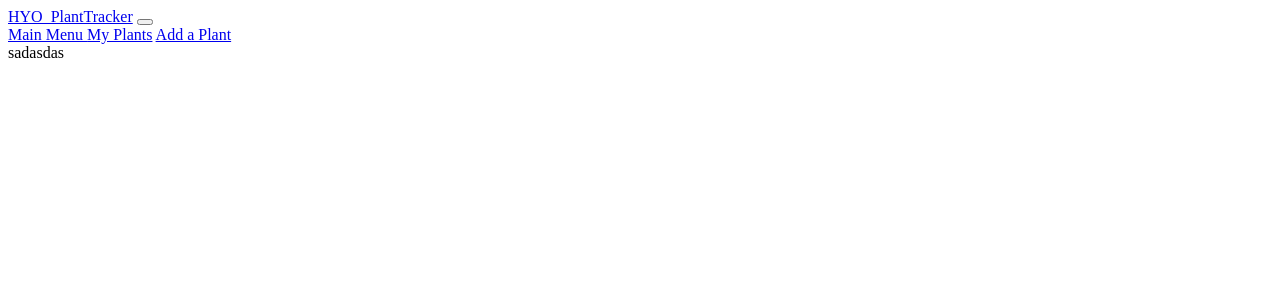
Repository: emersonwilliams/HYO_PlantTracker
Page: capstone_app/plant_tracker/templates/myplants.html
An editor plug-in stored every save of this project. The page is shown before and after a run of saves, followed by the edit.
The browser window is 1280 px wide. The pictures show the whole page.

Above is the page before, as saved 2020-08-01 23:45:14.
Not found: ..static/css/myplants.css

### capstone_app/plant_tracker/templates/myplants.html
<!-- this is the page where you can see all of your plants -->

<!DOCTYPE html>
<html lang="en">
<head>
    <meta charset="UTF-8">
    <title>Title</title>
    <!-- <link rel="stylesheet" href="https://stackpath.bootstrapcdn.com/bootstrap/4.5.0/css/bootstrap.min.css" integrity="sha384-9aIt2nRpC12Uk9gS9baDl411NQApFmC26EwAOH8WgZl5MYYxFfc+NcPb1dKGj7Sk" crossorigin="anonymous">
    <script src="https://code.jquery.com/jquery-3.5.1.slim.min.js" integrity="sha384-DfXdz2htPH0lsSSs5nCTpuj/zy4C+OGpamoFVy38MVBnE+IbbVYUew+OrCXaRkfj" crossorigin="anonymous"></script>
    <script src="https://cdn.jsdelivr.net/npm/popper.js@1.16.0/dist/umd/popper.min.js" integrity="sha384-Q6E9RHvbIyZFJoft+2mJbHaEWldlvI9IOYy5n3zV9zzTtmI3UksdQRVvoxMfooAo" crossorigin="anonymous"></script> -->

</head>

<body>
    <link rel="stylesheet" type = "text/css" href='/..static/css/myplants.css'>

    <nav class="navbar navbar-expand-lg navbar-dark bg-dark">
    <a class="navbar-brand" href="#">HYO_PlantTracker</a>
    <button class="navbar-toggler" type="button" data-toggle="collapse" data-target="#navbarNavAltMarkup" aria-controls="navbarNavAltMarkup" aria-expanded="false" aria-label="Toggle navigation">
      <span class="navbar-toggler-icon"></span>
    </button>
    <div class="collapse navbar-collapse" id="navbarNavAltMarkup">
      <div class="navbar-nav">
        <a class="nav-item nav-link  op1" href="#">Main Menu <span class="sr-only"></span></a>
        <a class="nav-item nav-link op1 " href="#">My Plants</a>
        <a class="nav-item nav-link op1" href="#">Add a Plant</a>
      </div>
    </div>
  </nav>

    <div class="container">
    <!-- Content here -->
    <div>sadasdas</div>

    </div>

</body>

</html>

### capstone_app/plant_tracker/static/css/myplants.css
.nav-item {
    padding-left:3.8em;
    padding-right:3.8em;
  }

 body{
    fill: blue;
    color:'black';
    background-color: black;
  }

After the next 2 saves:
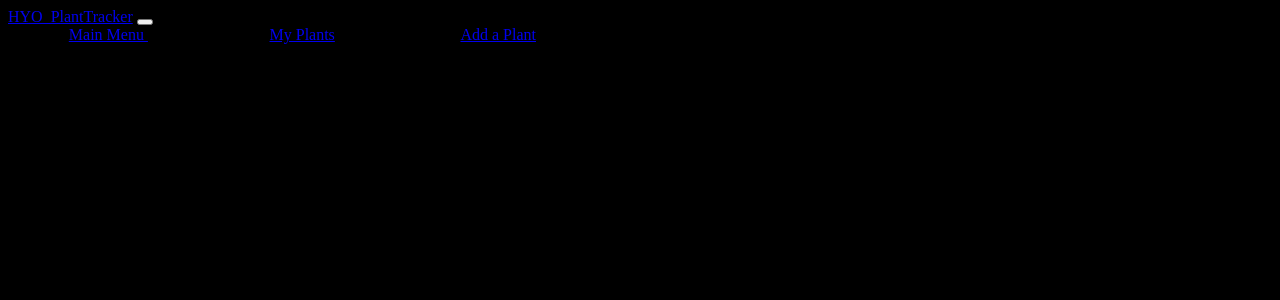
The 2 saves are shown as one change because they came seconds apart.
The last was saved 10 s later.
--- a/capstone_app/plant_tracker/templates/myplants.html
+++ b/capstone_app/plant_tracker/templates/myplants.html
@@ -12,7 +12,7 @@
 </head>
 
 <body>
-    <link rel="stylesheet" type = "text/css" href='/..static/css/myplants.css'>
+    <link rel="stylesheet" type = "text/css" href='../static/css/myplants.css'>
 
     <nav class="navbar navbar-expand-lg navbar-dark bg-dark">
     <a class="navbar-brand" href="#">HYO_PlantTracker</a>
